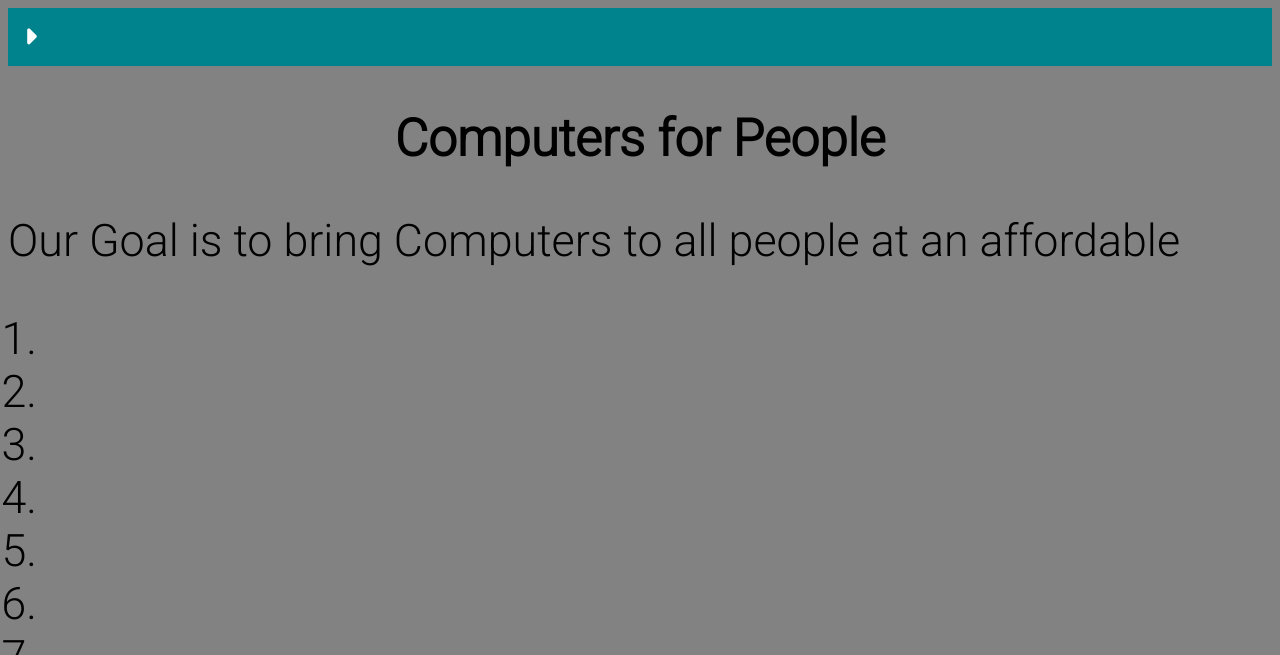
Repository: thecptwaffles/cfp-Website
Page: index.html
These files come from the project's save history. The page is drawn as it stood at one moment and after the next save; the edit follows.
The browser window is 1280 px wide. The pictures show the part of the page from y = 0 to 655 px (the page is 1904 px tall before and 1692 px after).
A picture or video elsewhere on the page could not be fetched, so the positions and the page height are approximate. Some web fonts or font styles are not loaded; a fallback is used. Some web libraries are served in a nearby version.

Above is the page before, as saved 2022-07-02 12:26:21.

After the next save:
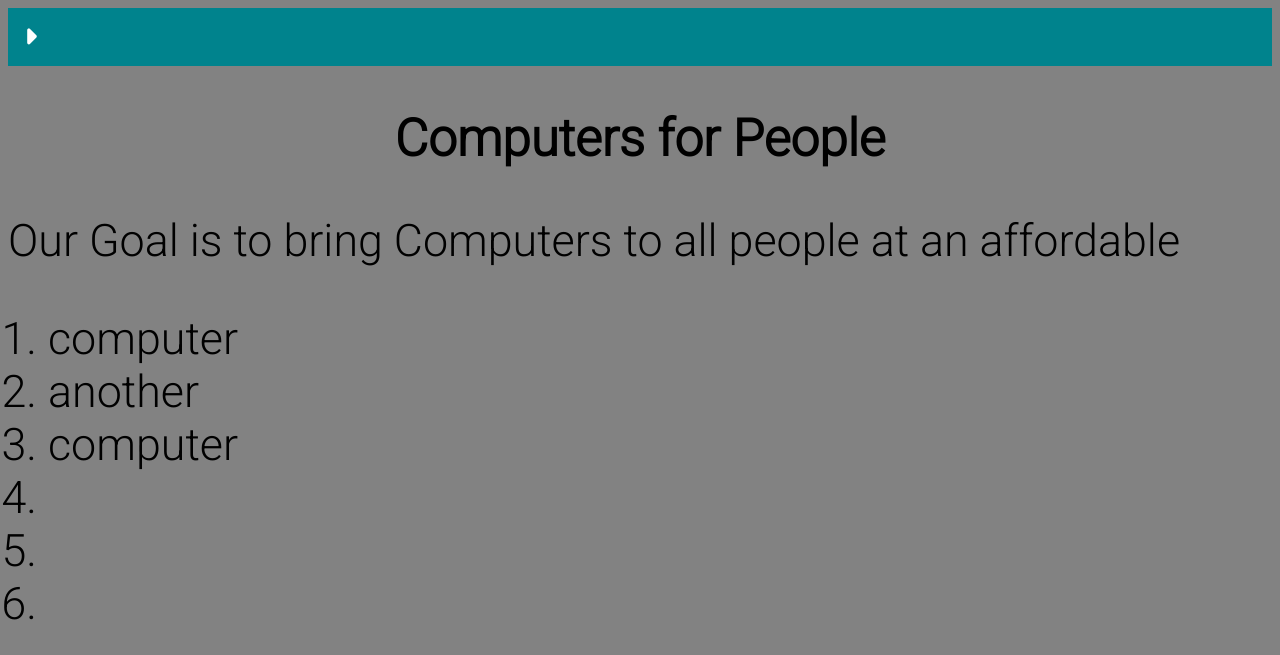
Saved 2 min 32 s later.
--- a/index.html
+++ b/index.html
@@ -36,13 +36,9 @@
 
     <div id="pricing">
         <ol>
-            <li class="pricingItems"></li>
-            <li class="pricingItems"></li>
-            <li class="pricingItems"></li>
-            <li class="pricingItems"></li>
-            <li class="pricingItems"></li>
-            <li class="pricingItems"></li>
-            <li class="pricingItems"></li>
+            <li class="pricingItems">computer</li>
+            <li class="pricingItems">another</li>
+            <li class="pricingItems">computer</li>
             <li class="pricingItems"></li>
             <li class="pricingItems"></li>
             <li class="pricingItems"></li>
